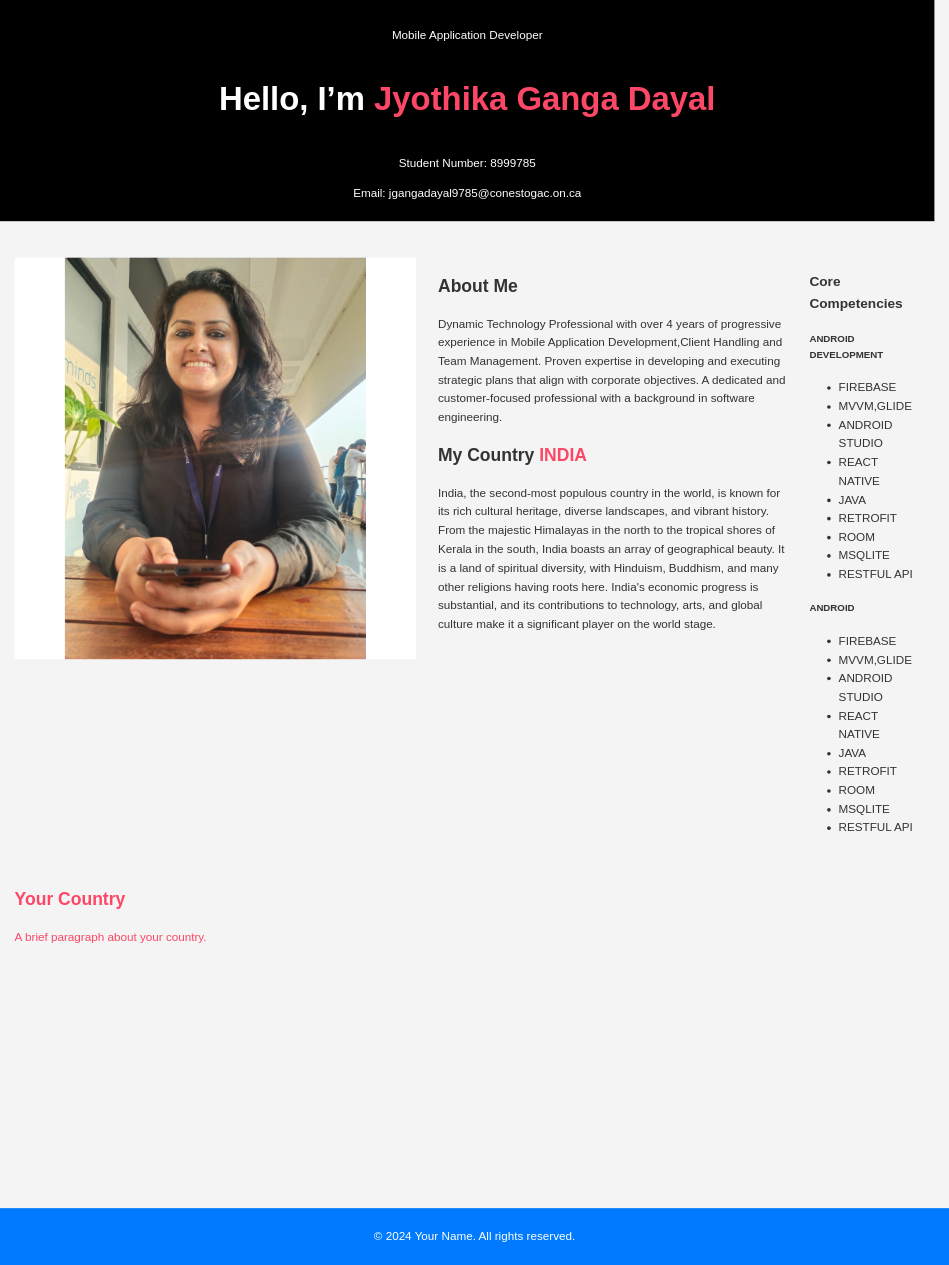
Repository: jyothika123/portfolio
Page: index.html
These files come from the project's save history. The page is drawn as it stood at one moment and after the next save; the edit follows.
The browser window is 1280 px wide. The page is 1300 px wide, so the pictures cover 1300 px, including what lies to the right of the window. The pictures show the whole page, at 73% of full size.
Pictures or frames that could not be fetched are drawn as grey boxes.

Above is the page before, as saved 2024-09-22 16:59:21.

After the next save:
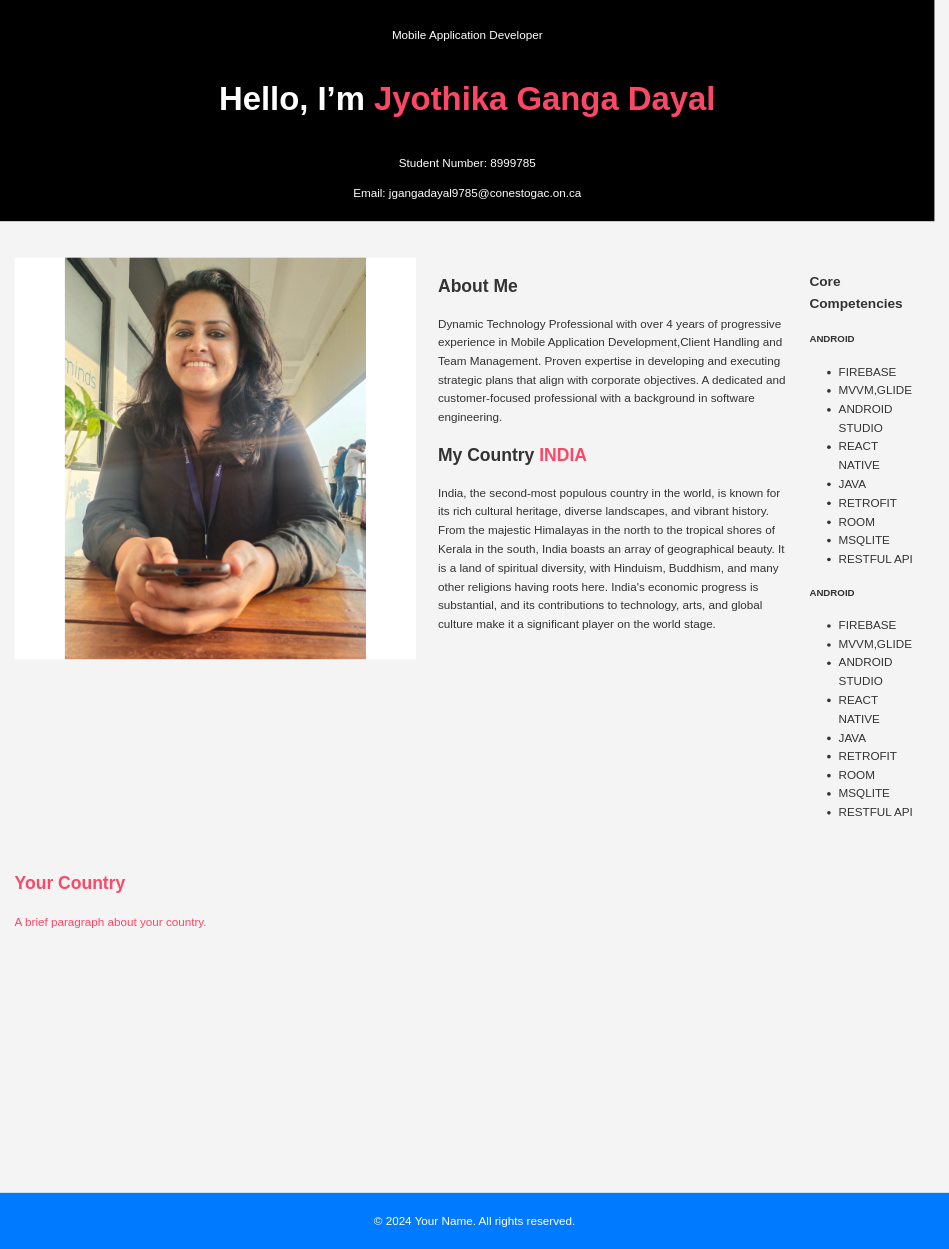
Saved 28 s later.
--- a/index.html
+++ b/index.html
@@ -37,7 +37,7 @@
             </section>
             <section>
                 <h3>Core Competencies</h3>
-                <h5>ANDROID DEVELOPMENT</h5>
+                <h5>ANDROID </h5>
                 <ul>
                     <li>FIREBASE</li>
                     <li>MVVM,GLIDE</li>
